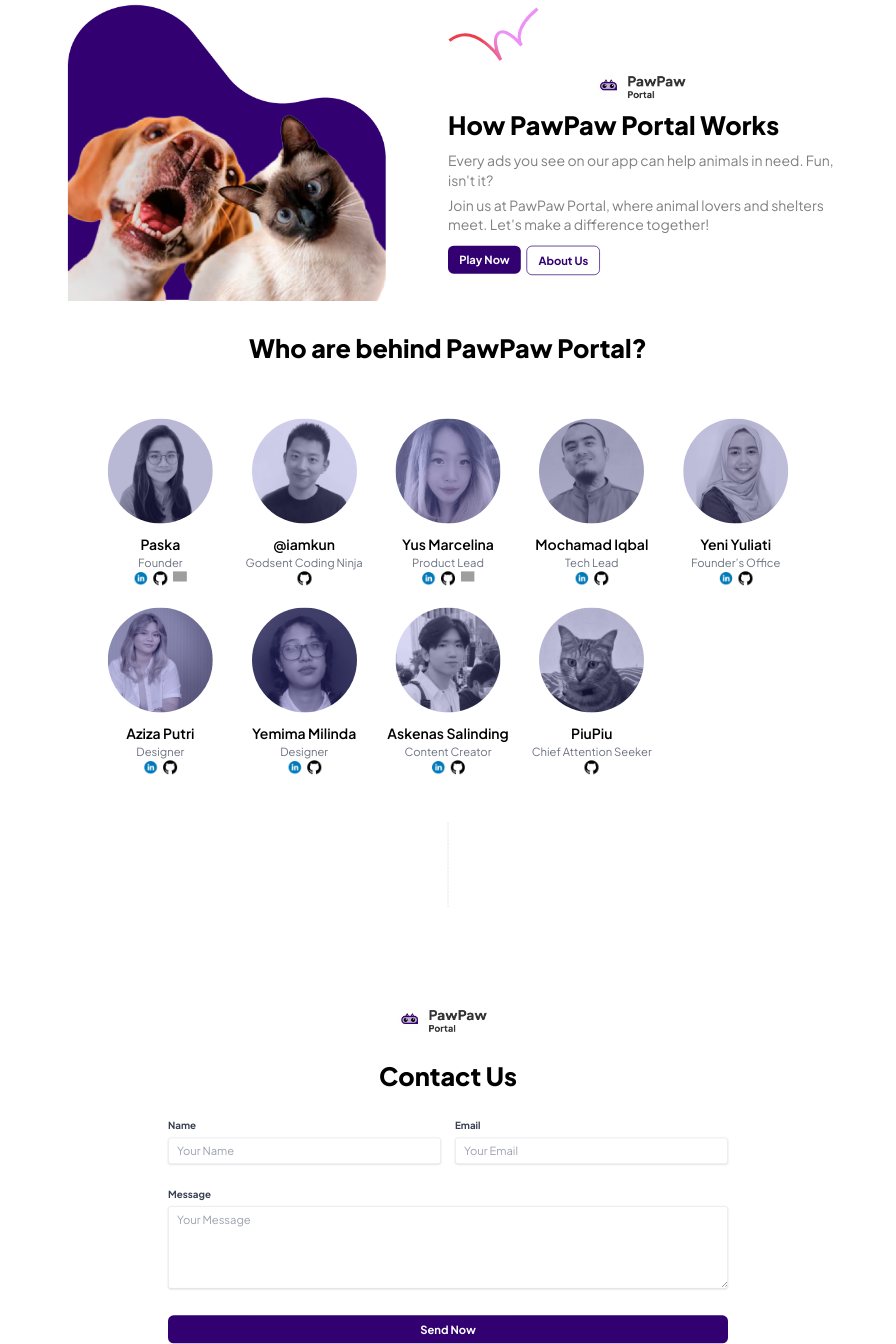
Repository: paskasiregar/pawpawwebsite
Page: /
The author's editor kept a copy of each file at every save. The page is drawn from the files as they stood at one save, then again after the next save.
The browser window is 1280 px wide. The pictures show the part of the page from y = 1190 to 3110 px (the page is 3785 px tall), at 70% of full size.
Pictures or frames that could not be fetched are drawn as grey boxes. The project was rebuilt for these pictures with package versions that can differ from the ones it lists, and the page was loaded fresh each time. The framework's server and built-in components were replaced by stand-ins that run in the browser. Also part of the build but not shown: next.config.js, next.config.mjs.

Above is the page before, as saved 2024-09-11 17:46:59.

After the next save:
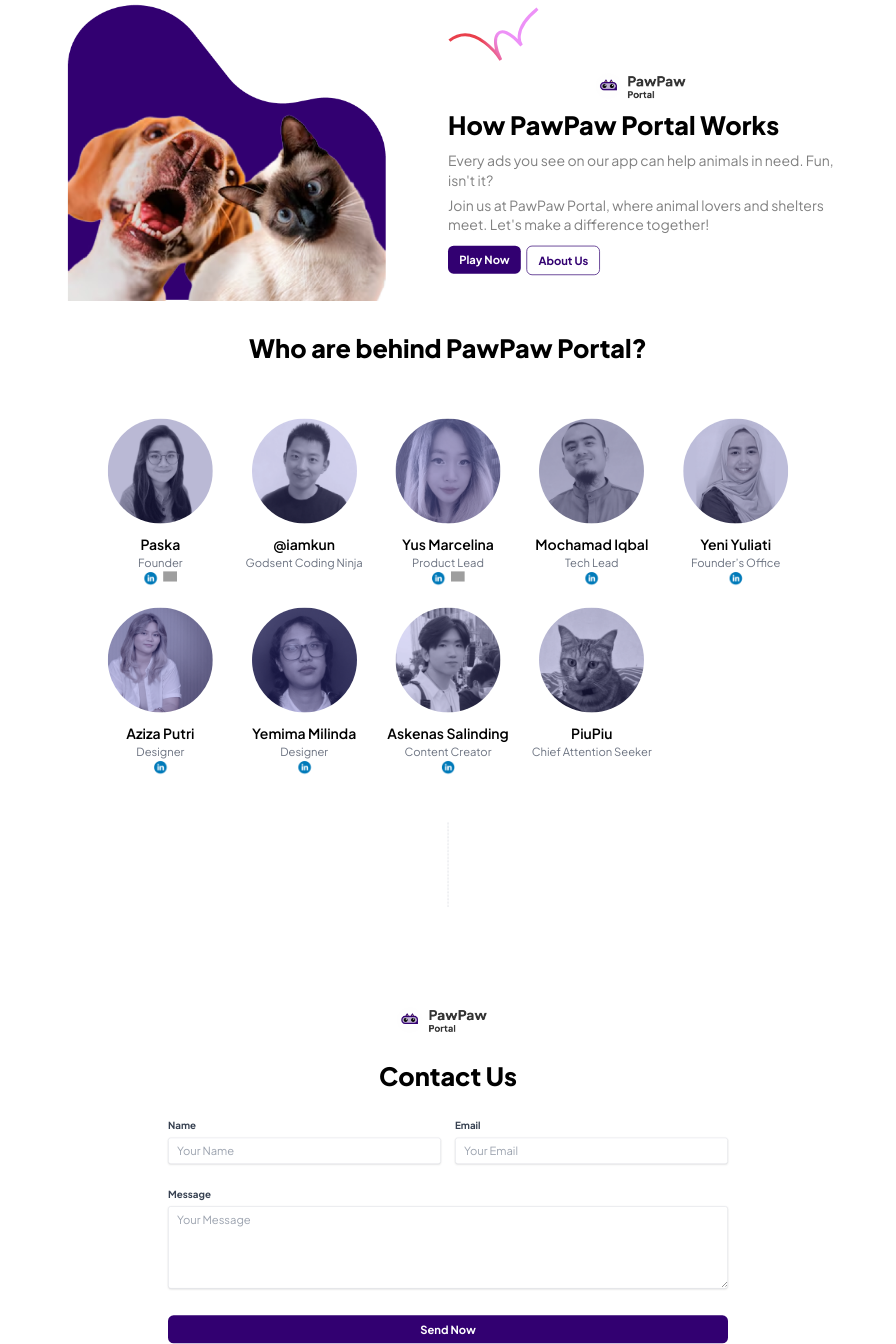
Saved 4 s later.
--- a/src/components/members.jsx
+++ b/src/components/members.jsx
@@ -31,7 +31,7 @@ const Member = ({
             <Image src={linkedin} alt="LinkedIn" width={20} height={20} />
           </Link>
         )}
-        {github && (
+        {githubUrl && (
           <Link href={websiteUrl} passHref>
             <Image src={github} alt="Website" width={20} height={20} />
           </Link>
